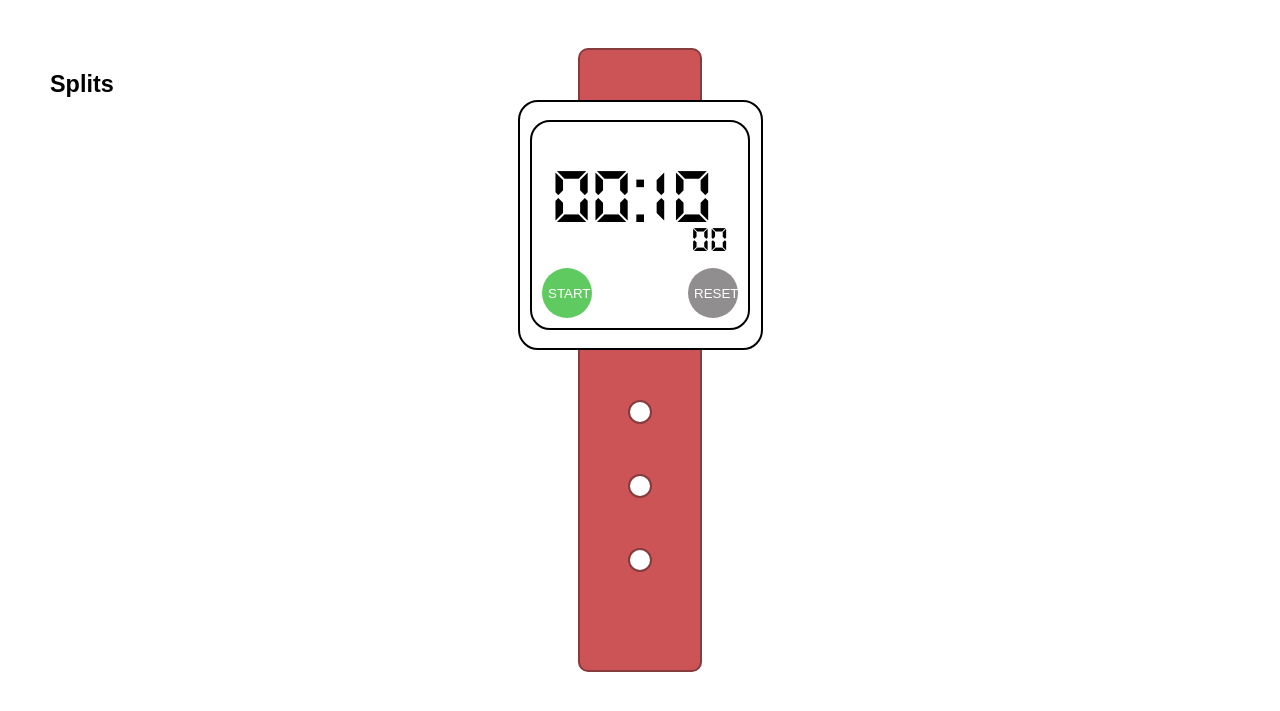
Repository: konstantin0s/lab-chronometer
Page: index.html
The author's editor kept a copy of each file at every save. The page is drawn from the files as they stood at one save, then again after the next save.
The browser window is 1280 px wide. The pictures show the whole page.
After loading, the first visible `#btnLeft` was clicked once.

Above is the page before, as saved 2019-02-04 19:58:45.

### index.html
<!DOCTYPE html>
<html lang="en">
<head>
  <meta charset="UTF-8">
  <meta name="viewport" content="width=device-width, initial-scale=1.0">
  <meta http-equiv="X-UA-Compatible" content="ie=edge">
  <title>Chronometer</title>
  <link rel="stylesheet" href="stylesheets/styles.css">
</head>
<body>

  <section id="splits-container">
    <h3>Splits</h3>
    <ol id="splits">
    </ol>
  </section>

  <div class="leash leash-top"></div>

  <section id="clock">
    <div id="sphere">
      <span id="minDec" class="number">0</span><span id="minUni" class="number">0</span><span>:</span><span id="secDec" class="number">0</span><span id="secUni" class="number"></span>

      <div id="milliseconds">
        <span id="milDec">0</span><span id="milUni">0</span>
      </div>

      <button id="btnLeft" class="btn start">START</button> <button id="btnRight" class="btn reset">RESET</button>
    </div>
  </section>

  <div class="leash leash-bottom">
    <div class="hole"></div>
    <div class="hole"></div>
    <div class="hole"></div>
  </div>


  <!-- <script src="javascripts/utils.js"></script>
  <script src="javascripts/chronometer.js"></script>
  <script src="javascripts/main.js"></script> -->
  <script src="javascript/chronometer.js"></script>
  <script src="javascript/main.js"></script>
</body>
</html>

### stylesheets/styles.css
@font-face {
  font-family: "Digi";
  src: url("fonts/ds-digib.ttf");
}

body {
  font-family: Arial;
  font-size: 80px;
  font-weight: bold;
  padding: 40px 0;
}

#clock {
  border: 2px solid #000;
  border-radius: 20px;
  box-sizing: border-box;
  height: 250px;
  margin: 0 auto;
  padding: 18px 0;
  width: 245px;
}

#sphere {
  border: 2px solid #000;
  border-radius: 20px;
  box-sizing: border-box;
  font-family: "Digi";
  font-size: 80px;
  height: 210px;
  margin: 0 auto;
  padding: 35px 0;
  position: relative;
  text-align: center;
  width: 220px;
}

#splits-container {
  font-size: 20px;
  font-weight: 100;
  position: absolute;
  left: 50px;
}

#splits-container li {
  padding-bottom: 5px;
  text-align: right;
}

#milliseconds {
  font-size: 36px;
  margin-top: -15px;
  position: absolute;
  right: 20px;
}

.leash {
  background: rgb(204, 84, 87);
  border: 2px solid rgb(134, 59, 61);
  height: 50px;
  margin: 0 auto;
  width: 120px;
}

.leash-top {
  border-bottom: 0;
  border-top-left-radius: 10px;
  border-top-right-radius: 10px;
}

.leash-bottom {
  border-bottom-left-radius: 10px;
  border-bottom-right-radius: 10px;
  border-top: 0;
  height: 270px;
  padding-top: 50px;
}

.hole {
  background: #fff;
  border: 2px solid rgb(134, 59, 61);
  border-radius: 100%;
  height: 20px;
  margin: 0 auto 50px;
  width: 20px;
}

.number {
  display: inline-block;
  width: 40px;
}

.btn {
  border: 0;
  border-radius: 100%;
  bottom: 10px;
  color: #fff;
  cursor: pointer;
  height: 50px;
  outline: 0;
  position: absolute;
  width: 50px;
}

.btn.start,
.btn.stop {
  left: 10px;
}

.btn.reset,
.btn.split {
  right: 10px;
}

.btn.start { background: #5fca5f; }
.btn.stop  { background: #f14949; }
.btn.reset { background: #908e8e; }
.btn.split { background: #0851ab; }

### javascript/chronometer.js

// var time = 0;
// var running = 0;

// function startPause() {
//   if (running == 0) {
//     running = 1;
//     increment();
//     document.getElementById("startPause").innerHTML = "Pause";
//   } else {
//     running = 0;
//     document.getElementById("startPause").innerHTML = "Resume";
//   }
// }

// function reset() {
//   running = 0;
//   time = 0;
//   document.getElementById("startPause").innerHTML = "Start";
// }

// function increment() {
//   if (running == 1) {
//    setTimeout(function() {
//     time++;
//     var seconds = Math.floor(time/10/60);
//     var minutes = Math.floor(time/10/60);
//      var tenth = time % 10;
//      if (minutes < 10); {
//        minutes = "0" + minutes;
//      }  if (seconds < 10);
//     seconds = "0" + seconds;
//     increment();
//   document.getElementById("output").innerHTML = minutes + ":" + seconds + ":" + "0" + tenth;

//    }, 100);
//   }
//   }

// function startPause() {
//   if (running == 0) {
//     running = 1;
//     increment();
//     document.getElementById("startPause").innerHTML = "Pause";
//   } else {
//     running = 0;
//     document.getElementById("startPause").innerHTML = "Resume";
//   }
// }


// function timer() {
//   currentTime = setTimeout(start, 1000);
// }
// timer();

// function start() {
//   seconds++;
//   if (seconds >= 60) {
//     seconds = 0;
//     minutes++;
//     if (minutes >= 20) {
//         minutes = 0;
//     }
//   }
// }


// // Constructor
// function Chronometer() {

// this.currentTime = 0;
// this.intervalId = currentTime;

// }

// // The setInterval will be assigned to our intervalId property,
// //  this way we will be able to clear it later on.

// Chronometer.prototype.startClick = function () {
//     // this.startClick = function() {
//     // var seconds = 0;
//     currentTime = setInterval(function(){
//     currentTime++; }, 1000);

//     //  }

//     // console.log(seconds);
// };

// Chronometer.prototype.setMinutes = function () {

// };

// Chronometer.prototype.setSeconds = function () {

// };

// Chronometer.prototype.twoDigitsNumber = function () {

// };

// Chronometer.prototype.setTime = function () {

// };

// Chronometer.prototype.setMilliseconds = function () {

// };

// Chronometer.prototype.stopClick = function () {

// };

// Chronometer.prototype.resetClick = function () {

// };

// Chronometer.prototype.splitClick = function () {

// };

### javascript/main.js
// // var chronometer = new Chronometer();
var btnLeft     = document.getElementById('btnLeft');
var btnRight    = document.getElementById('btnRight');
// var minDec      = document.getElementById('minDec');
// var minUni      = document.getElementById('minUni');
var secDec      = document.getElementById('secDec');
// var secUni      = document.getElementById('secUni');
// var milDec      = document.getElementById('milDec');
// var milUni      = document.getElementById('milUni');

var currentTime = 0;
var intervalId = -1;
var minutes = Math.floor((minutes % (1000 * 60 * 60)) / (1000 * 60));
var seconds = Math.floor((seconds % (1000 * 60)) / 1000);


// function startPause() {
//   if (running == 0) {
//     running = 1;
//     increment();
//     document.getElementById("startPause").innerHTML = "Pause";
//   } else {
//     running = 0;
//     document.getElementById("startPause").innerHTML = "Resume";
//   }
// }



btnLeft.addEventListener("click", function(event) {
  if (intervalId == -1) { //start if pause
    intervalId = setInterval(function() {
      currentTime++;
      secDec.innerHTML = currentTime + "0";
      if (currentTime >= 10) {
        secDec.innerHTML = currentTime;
      }
      console.log(currentTime);
      btnLeft.innerHTML = "START";
    }, 1000);
  } else { //pause if started
      clearInterval(intervalId);
      intervalId = -1;
      btnLeft.innerHTML = "PAUSE";
  }

});

function reset() {
  // minDec = 0;
  // minSec = 0;
  // minUni = 0;
  // secUni = 0;
  // milDec = 0;
  // milUni = 0;
  clearInterval(intervalId);
  btnLeft.innerHTML = "START";
}

btnRight.addEventListener("click", function() {
  // clearInterval(intervalId);
   reset();
})



// function printTime() {

// }

// function printMinutes() {

// }

// function printSeconds() {

// }

// function printMilliseconds() {

// }

// function printSplit() {

// }

// function clearSplits() {

// }

// function setStopBtn() {

// }

// function setSplitBtn() {

// }

// function setStartBtn() {

// }

// function setResetBtn() {

// }

// // Start/Stop Button
// btnLeft.addEventListener('click', function () {

// });

// // Reset/Split Button
// btnRight.addEventListener('click', function () {

// });

After the next save:
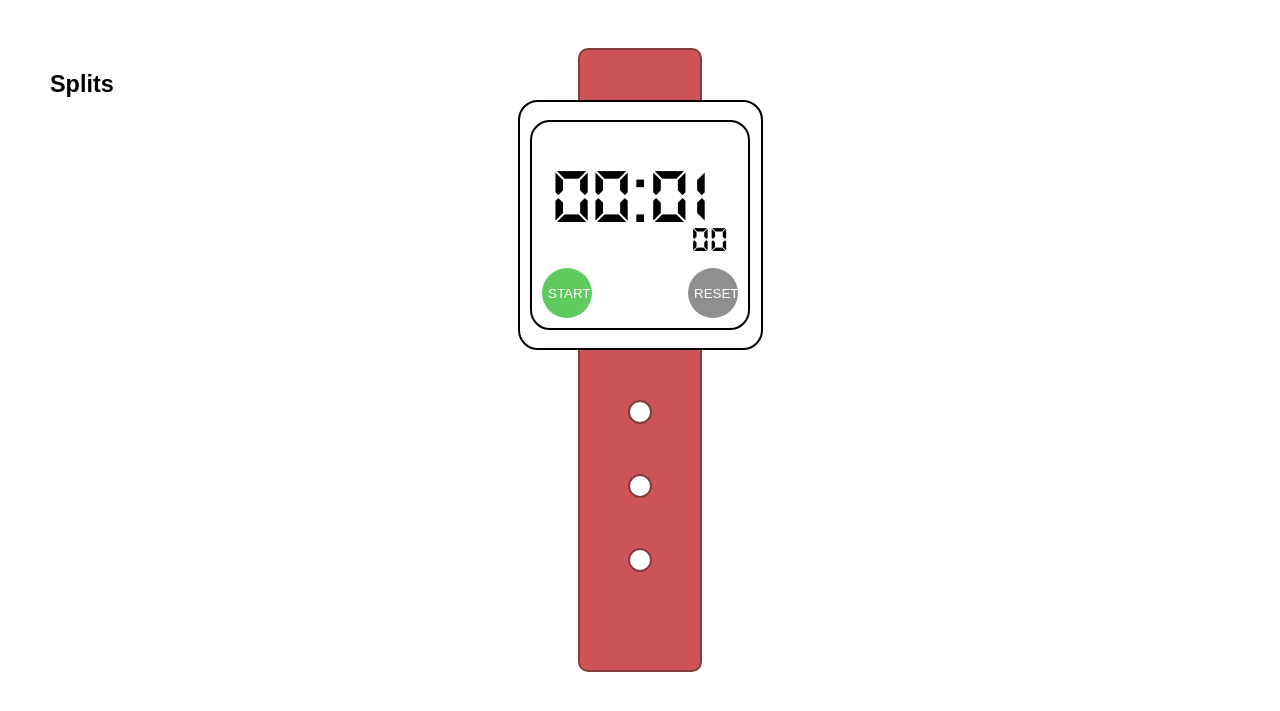
Saved 39 s later.
--- a/javascript/main.js
+++ b/javascript/main.js
@@ -31,7 +31,7 @@ btnLeft.addEventListener("click", function(event) {
   if (intervalId == -1) { //start if pause
     intervalId = setInterval(function() {
       currentTime++;
-      secDec.innerHTML = currentTime + "0";
+      secDec.innerHTML = "0" +currentTime;
       if (currentTime >= 10) {
         secDec.innerHTML = currentTime;
       }
